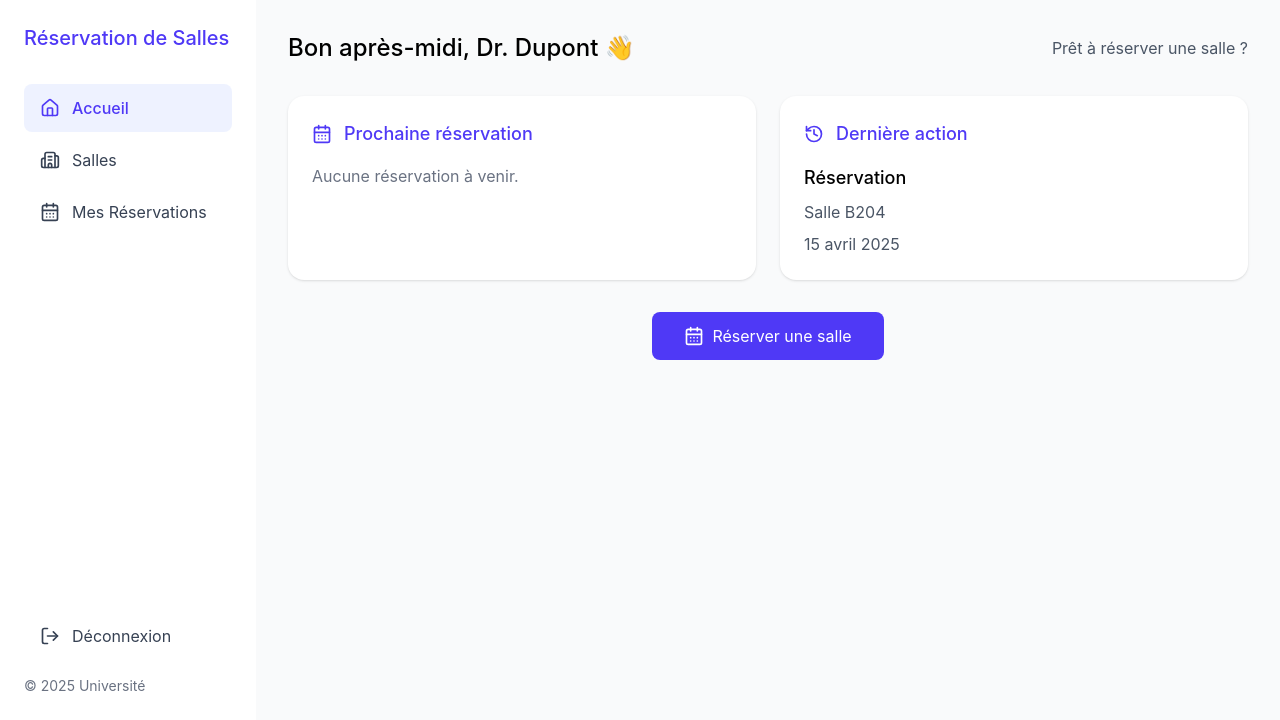
Repository: alaouii1/reservation-salles-front-V0.0.1
Page: /
An editor plug-in stored every save of this project. The page is shown before and after a run of saves, followed by the edit.
The browser window is 1280 px wide. The pictures show the whole page.
The page's requests for data from a server got no answer. The project was rebuilt for these pictures with package versions that can differ from the ones it lists, and the page was loaded fresh each time. No one was signed in, and anything a server would have sent is missing. Also part of the build but not shown: vite.config.ts, src/services/salleService.ts, src/pages/Rooms.tsx, src/pages/Reservations.tsx.

Above is the page before, as saved 2025-04-24 14:59:09.

After the next 2 saves:
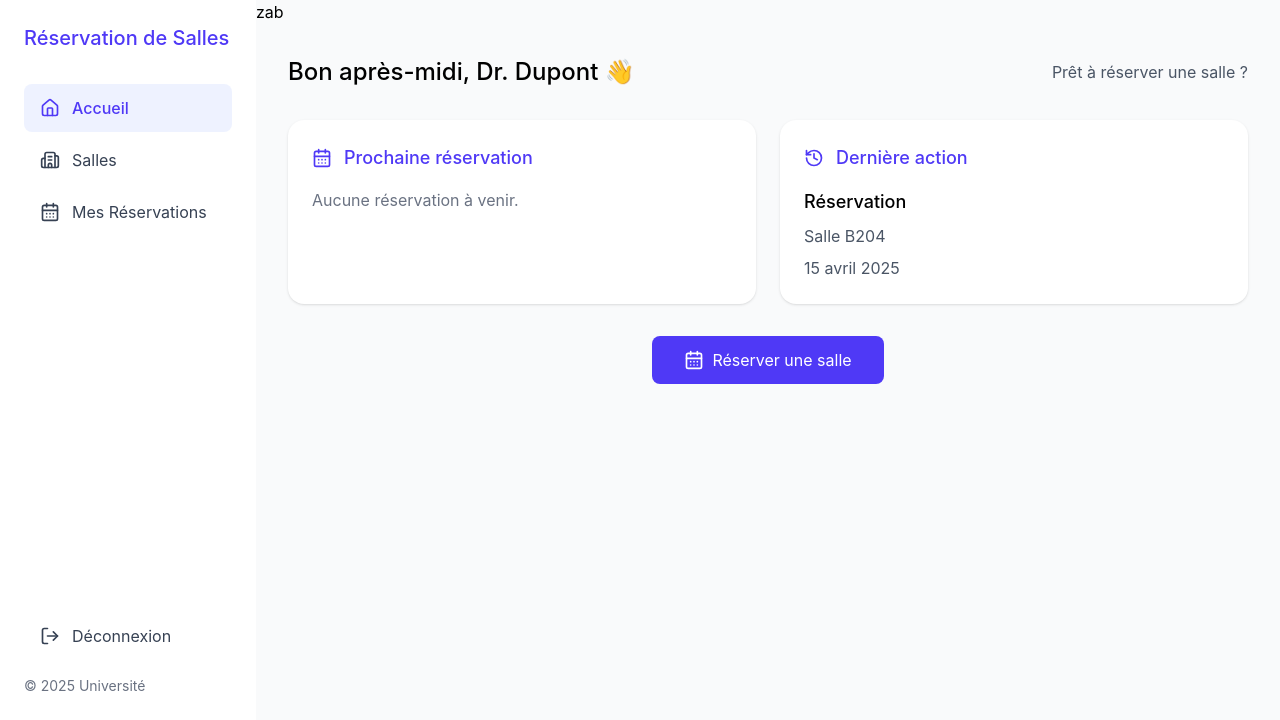
The 2 saves are shown as one change because they came seconds apart.
The last was saved 95 s later.
--- a/src/components/Layout.tsx
+++ b/src/components/Layout.tsx
@@ -12,6 +12,7 @@ const Layout: React.FC = () => {
     <div className="min-h-screen bg-gray-50 flex">
       <Sidebar />
       <div className="flex-1">
+        zab
         <Outlet />
       </div>
     </div>
